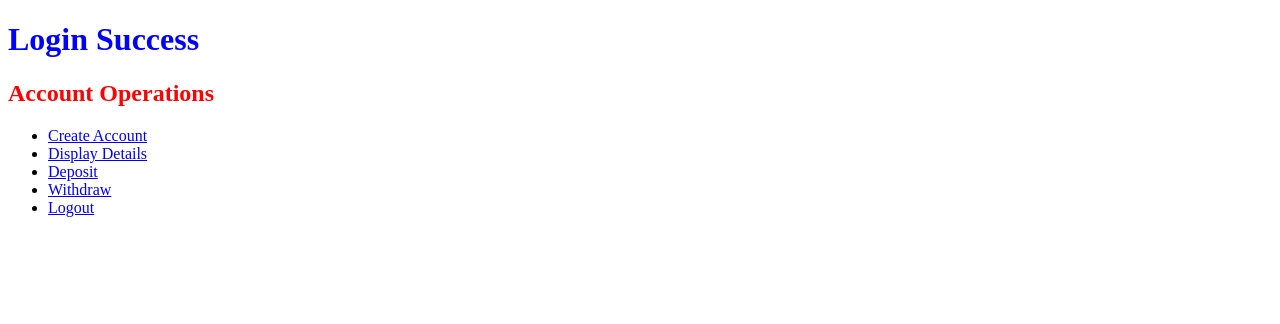
Repository: pritam-parida/HTMLJSCSS
Page: LoginApp/src/main/webapp/Success.html
An editor plug-in stored every save of this project. The page is shown before and after the next save, followed by the edit.
The browser window is 1280 px wide. The pictures show the whole page.

Above is the page before, as saved 2024-04-24 08:56:30.

### LoginApp/src/main/webapp/Success.html
<!DOCTYPE html>
<html>
	<head>
		<title>Login Sucess</title>
	</head>
	<body>
		<h1 style='color:blue'> Login Success </h1>
		<h2 style='color:red'> Account Operations </h2>
		<ul>
			<li><a href = 'Create.html'>Create Account</a></li>
			<li><a href = 'Display.html'>Display Details</a></li>
			<li><a href = 'Deposit.html'>Deposit</a></li>
			<li><a href = 'Withdraw.html'>Withdraw</a></li>
			<li><a href = '#'>Logout</a></li>
		</ul>
	</body>
</html>

After the next save:
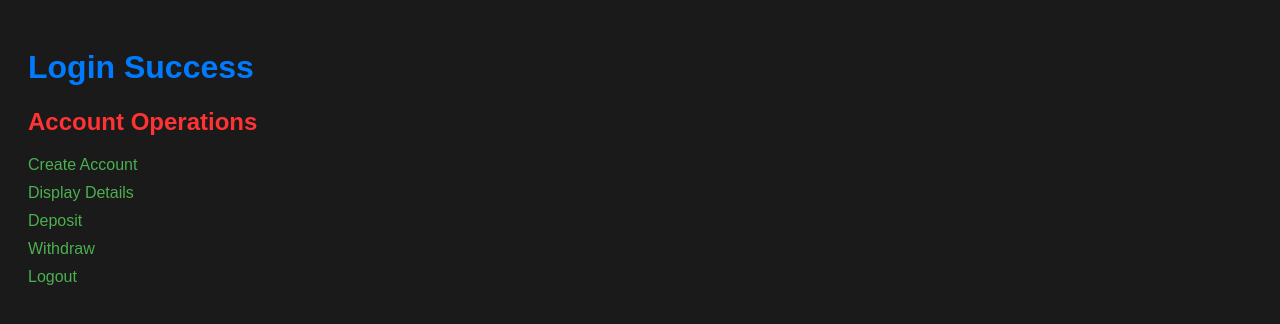
Saved 7 min 49 s later.
--- a/LoginApp/src/main/webapp/Success.html
+++ b/LoginApp/src/main/webapp/Success.html
@@ -1,17 +1,45 @@
 <!DOCTYPE html>
 <html>
-	<head>
-		<title>Login Sucess</title>
-	</head>
-	<body>
-		<h1 style='color:blue'> Login Success </h1>
-		<h2 style='color:red'> Account Operations </h2>
-		<ul>
-			<li><a href = 'Create.html'>Create Account</a></li>
-			<li><a href = 'Display.html'>Display Details</a></li>
-			<li><a href = 'Deposit.html'>Deposit</a></li>
-			<li><a href = 'Withdraw.html'>Withdraw</a></li>
-			<li><a href = '#'>Logout</a></li>
-		</ul>
-	</body>
+<head>
+    <title>Login Success</title>
+    <style>
+        body {
+            background-color: #1a1a1a;
+            color: #fff;
+            font-family: Arial, sans-serif;
+            padding: 20px;
+        }
+        h1 {
+            color: #007bff; /* Blue color for h1 */
+        }
+        h2 {
+            color: #ff3333; /* Red color for h2 */
+        }
+        ul {
+            list-style-type: none;
+            padding: 0;
+        }
+        li {
+            margin-bottom: 10px;
+        }
+        a {
+            color: #4CAF50; /* Green color for links */
+            text-decoration: none;
+        }
+        a:hover {
+            text-decoration: underline;
+        }
+    </style>
+</head>
+<body>
+    <h1>Login Success</h1>
+    <h2>Account Operations</h2>
+    <ul>
+        <li><a href='Create.html'>Create Account</a></li>
+        <li><a href='Display.html'>Display Details</a></li>
+        <li><a href='Deposit.html'>Deposit</a></li>
+        <li><a href='Withdraw.html'>Withdraw</a></li>
+        <li><a href='#'>Logout</a></li>
+    </ul>
+</body>
 </html>
